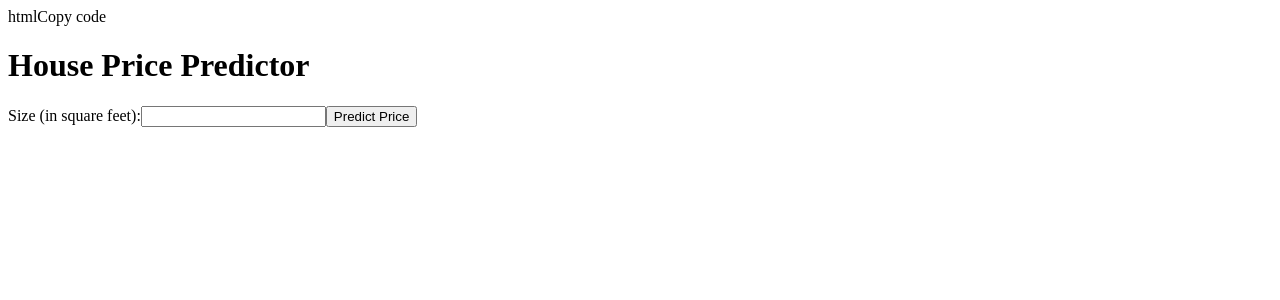
Repository: icode247/machin-learning-web-app
Page: index.html
An editor plug-in stored every save of this project. The page is shown before and after the next save, followed by the edit.
The browser window is 1280 px wide. The pictures show the whole page.

Above is the page before, as saved 2023-03-30 21:32:29.

### index.html
htmlCopy code<!DOCTYPE html>
<html lang="en">
  <head>
    <meta charset="UTF-8" />
    <title>House Price Predictor</title>
  </head>
  <body>
    <h1>House Price Predictor</h1>
    <form action="/predict" method="post">
      <label for="size">Size (in square feet):</label
      ><input type="number" id="size" name="size" required /><button
        type="submit"
      >
        Predict Price
      </button>
    </form>
  </body>
</html>

After the next save:
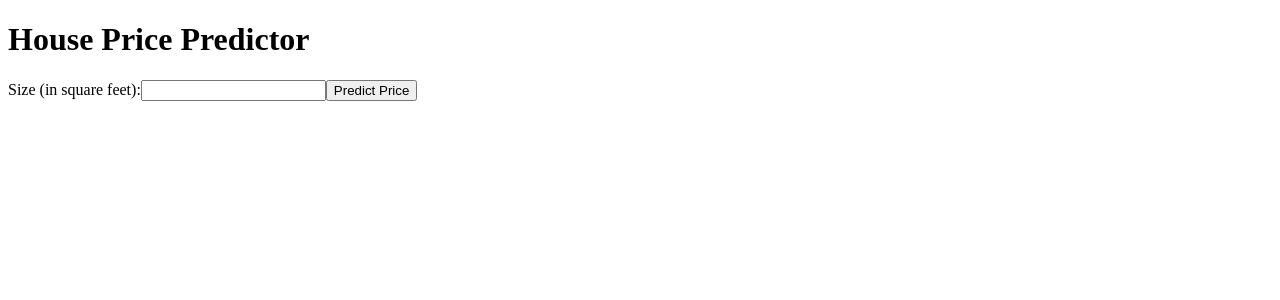
Saved 4 s later.
--- a/index.html
+++ b/index.html
@@ -1,4 +1,4 @@
-htmlCopy code<!DOCTYPE html>
+<!DOCTYPE html>
 <html lang="en">
   <head>
     <meta charset="UTF-8" />
